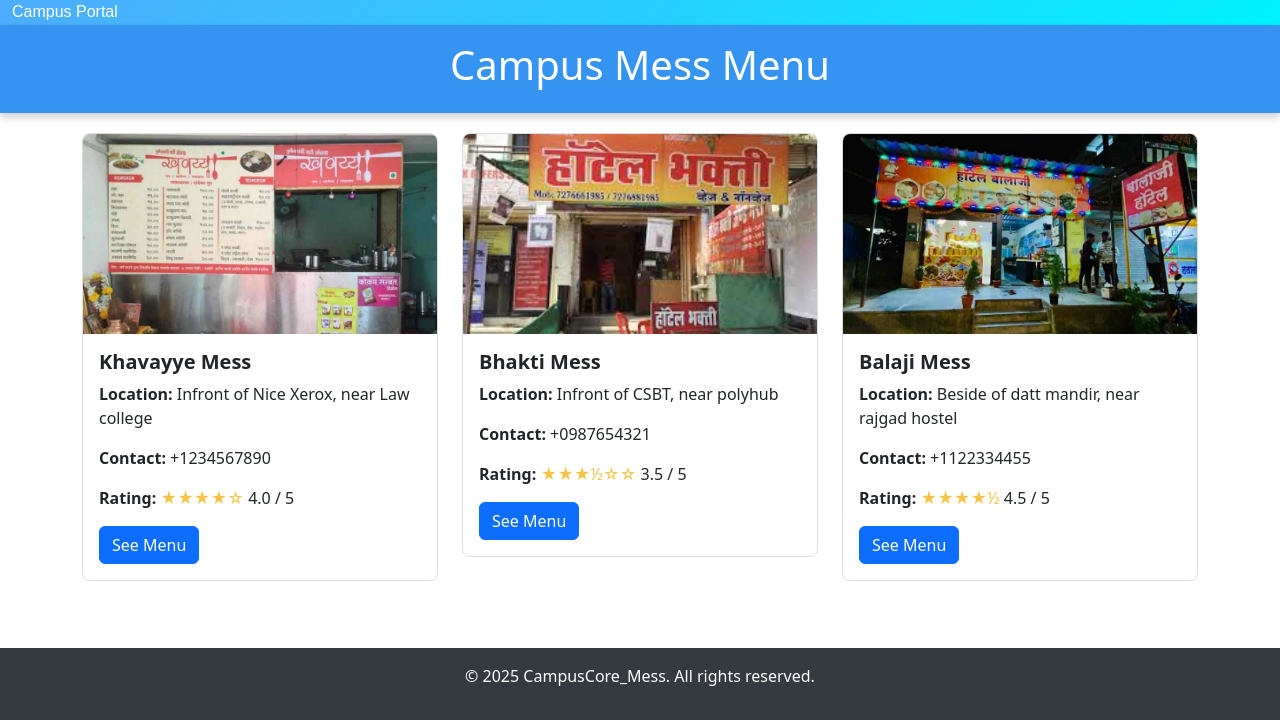
Repository: Pavanrajput123/Campus-Core
Page: http://localhost/Mess_menu
An editor plug-in stored every save of this project. The page is shown before and after the next save, followed by the edit.
The browser window is 1280 px wide. The pictures show the whole page.
The page is this project's Thymeleaf template; nobody is signed in. The template is opened directly, without the code that normally fills it, so the values that code supplies are empty.

Above is the page before, as saved 2025-04-12 07:26:38.

### student-management/src/main/resources/templates/Mess_menu.html
<!DOCTYPE html>
<html xmlns:th="http://www.thymeleaf.org" lang="en">
<head>
  <meta charset="UTF-8">
  <meta name="viewport" content="width=device-width, initial-scale=1.0">
  <title>Campus Mess Menu</title>
  <link href="https://cdn.jsdelivr.net/npm/bootstrap@5.3.0-alpha1/dist/css/bootstrap.min.css" rel="stylesheet">
  <style>
    html, body {
      height: 100%;
      margin: 0;
      display: flex;
      flex-direction: column;
    }

    main {
      flex: 1;
    }

    .mess-card {
      margin: 20px 0;
      border: 1px solid #ddd;
      border-radius: 8px;
      overflow: hidden;
    }

    .mess-card img {
      width: 100%;
      height: 200px;
      object-fit: cover;
    }

    .card-body h5 {
      font-weight: bold;
    }

    header {
      background-color: #3594f2;
      color: white;
      box-shadow: 0 4px 8px rgba(0, 0, 0, 0.2);
    }
    .navbarfirst{
		background: linear-gradient(135deg, #4facfe, #00f2fe);
		  color: white;

		  font-family: 'Poppins', sans-serif;
		  box-shadow: 0 4px 12px rgba(0, 0, 0, 0.2);

	 }
    footer {
      background-color: #343a40;
      color: white;
      text-align: center;
      padding: 1rem;
    }
  </style>
</head>
<body>

  <!-- Navbar -->
  <nav class="navbarfirst">
    <div class="container-fluid">
      <a class="navbar-brand" th:href="@{/dashboard}">Campus Portal</a>
      <button class="navbar-toggler" type="button" data-bs-toggle="collapse" data-bs-target="#navbarNav">
        <span class="navbar-toggler-icon"></span>
      </button>
      <div class="collapse navbar-collapse" id="navbarNav">
        <ul class="navbar-nav ms-auto">
          <li class="nav-item"><a class="nav-link" th:href="@{/mess-menu}">Mess Menu</a></li>
          <li class="nav-item"><a class="nav-link" th:href="@{/hostel}">Hostel Management</a></li>
          <li class="nav-item"><a class="nav-link" th:href="@{/marketplace}">Marketplace</a></li>
          <li class="nav-item"><a class="nav-link" th:href="@{/timetable}">Timetable</a></li>
        </ul>
      </div>
    </div>
  </nav>

  <!-- Header -->
  <header class="py-3 text-center">
    <h1>Campus Mess Menu</h1>
  </header>

  <!-- Main Content -->
  <main>
    <div class="container">
      <div class="row">

        <!-- Mess Card 1 -->
        <div class="col-md-4">
          <div class="card mess-card">
            <img th:src="@{/assets/khavayye2.jpg}" alt="Mess 1 Image">
            <div class="card-body">
              <h5 class="card-title">Khavayye Mess</h5>
              <p class="card-text"><strong>Location:</strong> Infront of Nice Xerox, near Law college</p>
              <p class="card-text"><strong>Contact:</strong> +1234567890</p>
              <p class="card-text">
                <strong>Rating:</strong>
                <span style="color: #f4c542;">&#9733;&#9733;&#9733;&#9733;&#9734;</span> 4.0 / 5
              </p>
              <a th:href="@{/menu1}" class="btn btn-primary">See Menu</a>
            </div>
          </div>
        </div>

        <!-- Mess Card 2 -->
        <div class="col-md-4">
          <div class="card mess-card">
            <img th:src="@{/assets/bhakti.jpeg}" alt="Mess 2 Image">
            <div class="card-body">
              <h5 class="card-title">Bhakti Mess</h5>
              <p class="card-text"><strong>Location:</strong> Infront of CSBT, near polyhub</p>
              <p class="card-text"><strong>Contact:</strong> +0987654321</p>
              <p class="card-text">
                <strong>Rating:</strong>
                <span style="color: #f4c542;">&#9733;&#9733;&#9733;&#189;&#9734;&#9734;</span> 3.5 / 5
              </p>
              <a th:href="@{/menu2}" class="btn btn-primary">See Menu</a>
            </div>
          </div>
        </div>

        <!-- Mess Card 3 -->
        <div class="col-md-4">
          <div class="card mess-card">
            <img th:src="@{/assets/balajimess.jpg}" alt="Mess 3 Image">
            <div class="card-body">
              <h5 class="card-title">Balaji Mess</h5>
              <p class="card-text"><strong>Location:</strong> Beside of datt mandir, near rajgad hostel</p>
              <p class="card-text"><strong>Contact:</strong> +1122334455</p>
              <p class="card-text">
                <strong>Rating:</strong>
                <span style="color: #f4c542;">&#9733;&#9733;&#9733;&#9733;&#189;</span> 4.5 / 5
              </p>
              <a th:href="@{/menu3}" class="btn btn-primary">See Menu</a>
            </div>
          </div>
        </div>

      </div>
    </div>
  </main>

  <!-- Footer -->
  <footer>
    <p>&copy; 2025 CampusCore_Mess. All rights reserved.</p>
  </footer>

  <script src="https://cdn.jsdelivr.net/npm/bootstrap@5.3.0-alpha1/dist/js/bootstrap.bundle.min.js"></script>
</body>
</html>

After the next save:
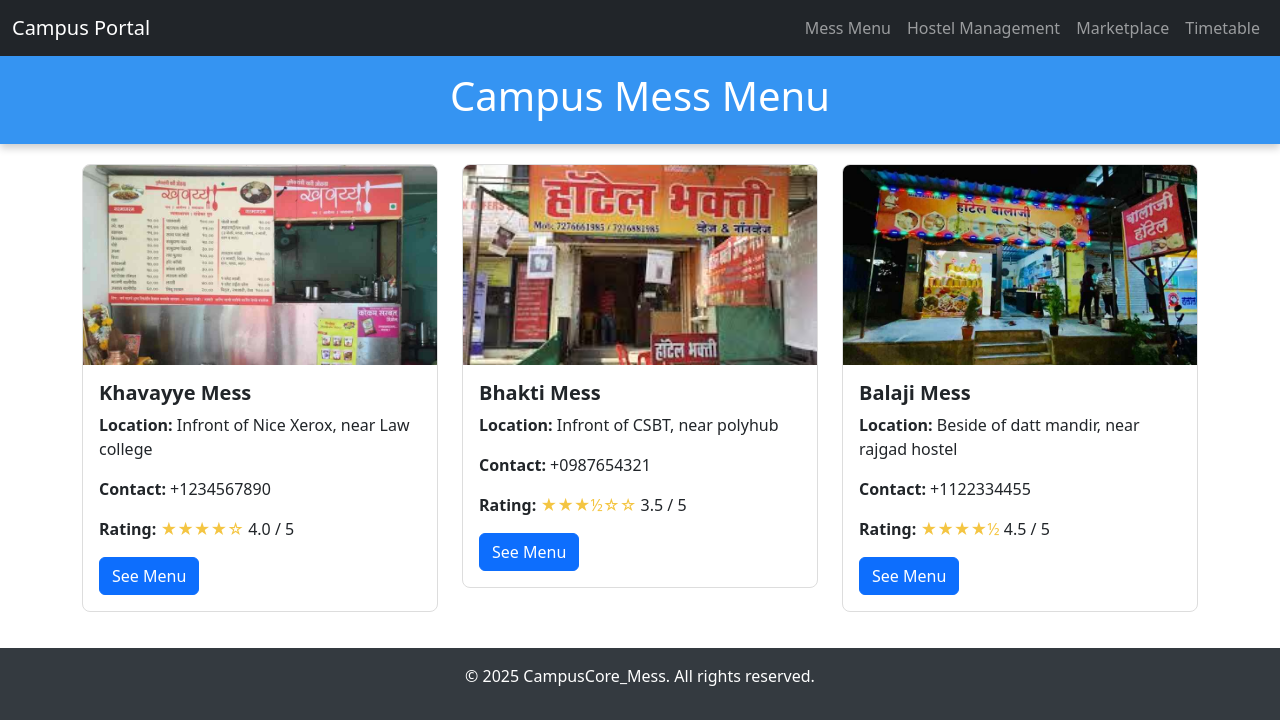
Saved 26 s later.
--- a/student-management/src/main/resources/templates/Mess_menu.html
+++ b/student-management/src/main/resources/templates/Mess_menu.html
@@ -39,14 +39,7 @@
       color: white;
       box-shadow: 0 4px 8px rgba(0, 0, 0, 0.2);
     }
-    .navbarfirst{
-		background: linear-gradient(135deg, #4facfe, #00f2fe);
-		  color: white;
 
-		  font-family: 'Poppins', sans-serif;
-		  box-shadow: 0 4px 12px rgba(0, 0, 0, 0.2);
-
-	 }
     footer {
       background-color: #343a40;
       color: white;
@@ -58,7 +51,7 @@
 <body>
 
   <!-- Navbar -->
-  <nav class="navbarfirst">
+  <nav class="navbar navbar-expand-lg navbar-dark bg-dark">
     <div class="container-fluid">
       <a class="navbar-brand" th:href="@{/dashboard}">Campus Portal</a>
       <button class="navbar-toggler" type="button" data-bs-toggle="collapse" data-bs-target="#navbarNav">
